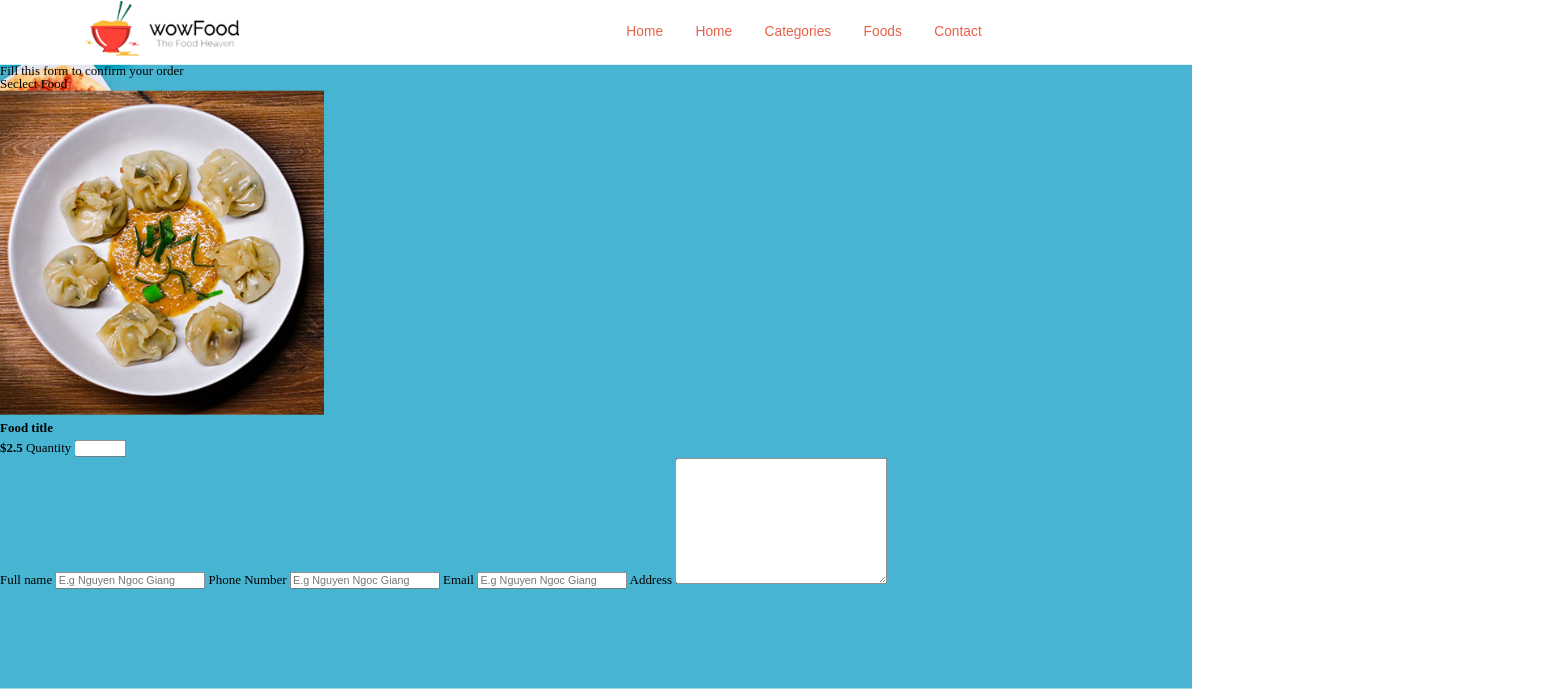
Repository: ruaruababa/WowFood
Page: order.html
The author's editor kept a copy of each file at every save. The page is drawn from the files as they stood at one save, then again after a run of saves.
The browser window is 1280 px wide. The page is 1472 px wide, then 1920 px, then 1472 px, so the pictures cover 1920 px, including what lies to the right of the window. The pictures show the whole page, at 81% of full size.

Above is the page before, as saved 2021-09-19 22:00:11.

### order.html
<!DOCTYPE html>
<html lang="en">

<head>
    <meta charset="UTF-8">
    <meta http-equiv="X-UA-Compatible" content="IE=edge">
    <meta name="viewport" content="width=device-width, initial-scale=1.0">
    <title>Order Food</title>
    <link rel="stylesheet" href="./style.css">
    <link rel="stylesheet" href="./reset.css">
    <link rel="stylesheet" href="./order.css">
</head>

<body>
    <nav>
        <input type="checkbox" id="check" />
        <label for="check" class="checkbtn">
            <i class="fas fa-bars"></i>
        </label>
        <label class="logo">
            <img src="./img/logo.png" alt="" class="img-logo" />
        </label>
        <ul class="navbar">
            <li><a class="active" href="#">Home</a></li>
            <li><a href="#">Home</a></li>
            <li><a href="#">Categories</a></li>
            <li><a href="#">Foods</a></li>
            <li><a href="#">Contact</a></li>
        </ul>
    </nav>
    <section id=section-order>
        <img src="./bgorder.jpg" alt="" class="bgr" style="position: absolute; z-index: -1;">
        <div class="container-order">
            <form action="">
                <h3 class="title-order">Fill this form to confirm your order</h3>
                <label for="" class="seclect">Seclect Food</label>
                <div class="container-seclect-food">
                    <div class="img-food">
                        <img src="./img/menu-momo.jpg" alt="" class="bgr-item" />
                    </div>
                    <div class="content-food">
                        <h6 class="title-item">Food title</h6>
                        <span class="price-item">$2.5</span>
                        <label for="" class="quantity">Quantity</label>
                        <input type="number" min="1" max="100">
                    </div>
                </div>
                <div class="container-delivery-title">
                    <lable class="full-name">Full name</lable>
                    <input type="text" placeholder="E.g Nguyen Ngoc Giang">
                    <lable class="phone-number">Phone Number</lable>
                    <input type="text" placeholder="E.g Nguyen Ngoc Giang">
                    <lable class="email">Email</lable>
                    <input type="text" placeholder="E.g Nguyen Ngoc Giang">
                    <lable class="Address">Address</lable>
                    <textarea name="address" id="" cols="30" rows="10"></textarea>


                </div>
            </form>
        </div>
    </section>
</body>

</html>

### style.css

li {
  text-decoration: none;
}

a {
  text-decoration: none;
}

nav {
  height: 80px;
  width: 100%;
}

label.logo {
  padding: 0 100px;
}

nav ul {
  float: right;
  margin-right: 50px;
}

nav ul li {
  display: inline-block;
  line-height: 80px;
  margin: 0 5px;
  font-family: "Poppins", sans-serif;
}

nav ul li a {
  color: #e7614a;
  font-size: 17px;
  padding: 7px 13px;
  border-radius: 3px;
}

.checkbtn {
  font-size: 30px;
  color: white;
  float: right;
  line-height: 80px;
  margin-right: 40px;
  cursor: pointer;
  display: none;
}

#check {
  display: none;
}

ul:hover li {
  filter: blur(3px);
  opacity: 0.5;
  transform: scale(0.98);
  box-shadow: none;
}

ul:hover li:hover {
  transform: scale(1.1);
  filter: blur(0px);
  opacity: 1;
  box-shadow: 0 8px 20px 0px rgba(0, 0, 0, 0.125);
}

.container-section-search {
  position: relative;
  text-align: center;
  margin-top: 15px;
}

.background-search {
  height: 250px;
}

.background-search img {
  height: inherit;
  width: 100%;
  object-fit: cover;
}

.form {
  width: 100%;
  position: absolute;
  top: 50%;
  left: 50%;
  transform: translate(-50%, -50%);
  height: 22px;
}

.input-search {
  width: 35%;
  height: inherit;
}

.btn-search {
  background-color: rgba(250, 59, 59, 0.849);
  border: none;
  border-radius: 5px;
  font-size: 14px;
  color: white;
  cursor: pointer;
  padding: 3px;
}

#section-collection {
  position: relative;
}

.container-section-collection {
  height: max-content;
}

.explore-food {
  padding-top: 70px;
  text-align: center;
  font-size: 24px;
  font-family: "Poppins", sans-serif;
}

.collection-food {
  width: 100%;
}

.list-food {
  margin-top: 50px;
  display: flex;
  justify-content: center;
  column-gap: 50px;
}

.list-food li {
  width: 330px;
  height: 400px;
  transition: 0.2s all;
}

.list-food li:hover {
  transform: scale(0.95);
}

.list-food li img {
  width: 100%;
  height: 100%;
  object-fit: cover;
  border-radius: 10px;
}

.list-food li span {
  font-family: "Poppins", sans-serif;
  display: block;
  font-size: 20px;
  text-align: center;
  color: #ffffff;
  margin-top: -50px;
}

article {
  background-color: #ececec;
}

.title-food-menu {
  padding-top: 70px;
  font-size: 24px;
  text-align: center;
  font-family: "Poppins", sans-serif;
}

.container-menu {
  padding-top: 50px;
  display: grid;
  grid-gap: 20px;
  grid-template-columns: repeat(auto-fit, minmax(550px, 1fr));
  grid-auto-rows: 180px;
  justify-items: center;
  font-family: "Poppins", sans-serif;
}

.container-item:nth-child(odd) {
  justify-self: end;
}

.container-item:nth-child(even) {
  justify-self: start;
}

.container-item {
  background-color: #ffffff;
  display: flex;
  align-items: center;
  border-radius: 15px;
}

.container-item img {
  width: 25%;
  height: 70%;
  object-fit: cover;
  border-radius: 15px;
  margin: 0 28px;
}

.container-item .item-content {
  width: 100%;
  height: 70%;
  object-fit: cover;
  border-radius: 15px;
  margin: 0 28px;
}

.item-content {
  display: inline-block;
}

.title-item {
  font-size: 16px;
  font-weight: bold;
  line-height: 25px;
}

.price-item {
  line-height: 25px;
  font-weight: bold;
}

.des-item {
  font-size: 14px;
  line-height: 20px;
  color: #747d9c;
}

.oder-item {
  text-decoration: none;
  background-color: #f56b81;
  color: white;
  border-radius: 5px;
  padding: 3px;
  display: inline-block;
}

.footer-food-menu {
  margin-top: 30px;
}

.see-all-foods {
  display: block;
  text-align: center;
  text-decoration: none;
  color: #f56b81;
  padding-bottom: 50px;
  font-family: "Poppins", sans-serif;
  transition: 0.2s all;
}

.see-all-foods:hover {
  text-decoration: underline;
  transform: scale(1.1);
}

.social-network-icon {
  display: flex;
  justify-content: center;
  margin-top: 30px;
}

.icon-insta {
  margin: 0 30px;
}

.license {
  margin-top: 40px;
  margin-bottom: 30px;
  font-family: "Poppins", sans-serif;
}

.license p {
  text-align: center;
}

.license p a {
  text-decoration: none;
  color: #e7614a;
}

@media (max-width: 952px) {
  label.logo {
    padding-left: 50px;
  }

  nav ul li a {
    font-size: 16px;
  }

  .container-item:nth-child(odd) {
    justify-self: center;
  }

  .container-item:nth-child(even) {
    justify-self: center;
  }
}

@media (max-width: 858px) {
  i {
    color: black;
  }

  .checkbtn {
    display: block;
  }

  .navbar {
    position: fixed;
    width: 100%;
    height: 250px;
    left: -100%;
    text-align: center;
    transition: all 0.5s;
    z-index: 2;
    background-color: #ffffff;
  }

  nav ul li {
    display: block;
    margin: 10px 0;
    line-height: 30px;
  }

  nav ul li a {
    font-size: 20px;
  }

  #check:checked ~ ul {
    left: 0;
  }

  .container-section-collection {
    height: max-content;
  }
}

section {
  position: relative;
}
@media (max-width: 858px) {
   .container-menu {
    padding-top: 50px;
    display: grid;
    grid-gap: 20px;
    grid-template-columns: repeat(auto-fit, minmax(550px, 1fr));
    grid-auto-rows: 180px;
    justify-items: center;
    font-family: "Poppins", sans-serif;
  }
}

@media (max-width: 414px) {
  label img {
    margin-left: -50px;
  }
  i.fa-bars {
    margin-right: -20px;
  }
  .navbar {
    position: fixed;
    width: 414px;
    height: 250px;
    left: -100%;
    text-align: center;
    transition: all 0.5s;
    z-index: 2;
    background-color: #ffffff;
  }

  nav ul li {
    display: block;
    margin: 10px 0;
    line-height: 30px;
  }

  nav ul li a {
    font-size: 20px;
  }

  #check:checked ~ ul {
    left: 0;
  }
  .list-food {
    display: flex;
    flex-direction: column;
    gap: 15px;
  }

  .item {
    align-self: center;
  }

  .container-menu {
    padding-top: 50px;
    display: grid;
    grid-gap: 20px;
    grid-template-columns: repeat(auto-fit, minmax(375px, 1fr));
    grid-auto-rows: 180px;
    justify-items: center;
    font-family: "Poppins", sans-serif;
  }
}

@media (max-width: 375px) {
  label img {
    margin-left: -50px;
  }
  i.fa-bars {
    margin-right: -20px;
  }
  .navbar {
    position: fixed;
    width: 375px;
    height: 250px;
    left: -100%;
    text-align: center;
    transition: all 0.5s;
    z-index: 2;
    background-color: #ffffff;
  }

  nav ul li {
    display: block;
    margin: 10px 0;
    line-height: 30px;
  }

  nav ul li a {
    font-size: 20px;
  }

  #check:checked ~ ul {
    left: 0;
  }

  .list-food {
    display: flex;
    flex-direction: column;
    gap: 15px;
  }

  .item {
    align-self: center;
  }

  .container-menu {
    padding-top: 50px;
    display: grid;
    grid-gap: 20px;
    grid-template-columns: repeat(auto-fit, minmax(375px, 1fr));
    grid-auto-rows: 180px;
    justify-items: center;
    font-family: "Poppins", sans-serif;
  }
  @media (max-width: 320px) {
  label img {
    margin-top: -70px;
    margin-left: -50px;
    padding-bottom: 10px;
  }
  i.fa-bars {
    margin-right: -20px;
    padding-top: 20px;
  }
  .navbar {
    position: fixed;
    width: 320px;
    height: 250px;
    left: -100%;
    text-align: center;
    transition: all 0.5s;
    z-index: 2;
    background-color: #ffffff;
    margin-top: -5px;
  }

  nav ul li {
    display: block;
    margin: 10px 0;
    line-height: 30px;
  }

  nav ul li a {
    font-size: 20px;
  }

  #check:checked ~ ul {
    left: 0;
  }

  .list-food {
    display: flex;
    flex-direction: column;
    gap: 15px;
  }

  .item {
    align-self: center;
  }

  .container-menu {
    padding-top: 50px;
    display: grid;
    grid-gap: 20px;
    grid-template-columns: repeat(auto-fit, minmax(319px, 1fr));
    grid-auto-rows: 180px;
    justify-items: center;
    font-family: "Poppins", sans-serif;
  }
}

/* article{
  position: relative;
  top: 200px;
} */

### order.css
.container-order{
    position: relative;
}
.title-order{
    left: 50%;
}

Loaded but not shown: reset.css (common file)

After the next 3 saves:
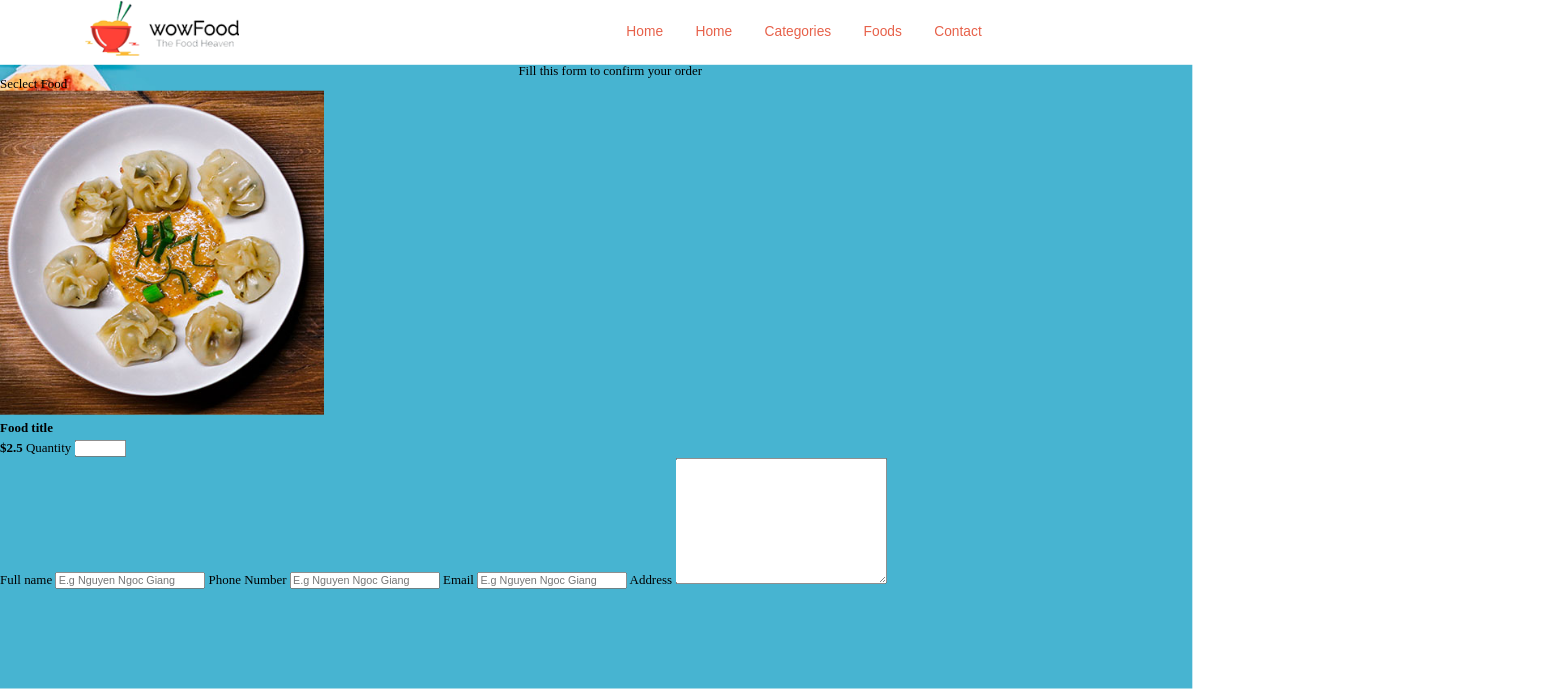
The 3 saves are shown as one change because they came seconds apart.
The last was saved 8 s later.
--- a/order.css
+++ b/order.css
@@ -2,5 +2,6 @@
     position: relative;
 }
 .title-order{
+    position: relative;
     left: 50%;
 }

After the 3 saves that followed:
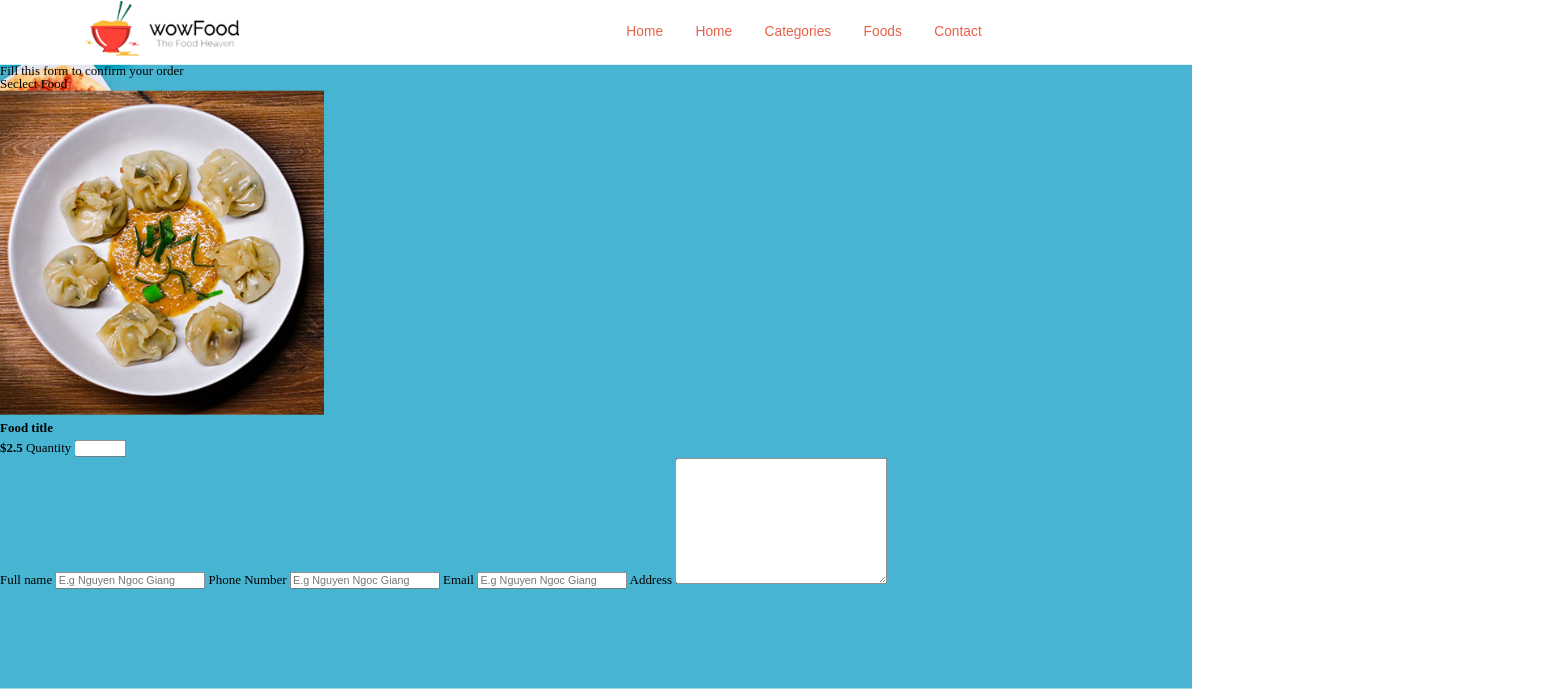
The 3 saves are shown as one change because they came seconds apart.
The last was saved 37 s later.
--- a/order.css
+++ b/order.css
@@ -4,4 +4,5 @@
 .title-order{
     position: relative;
     left: 50%;
+    transform: translateX(-50%);
 }
